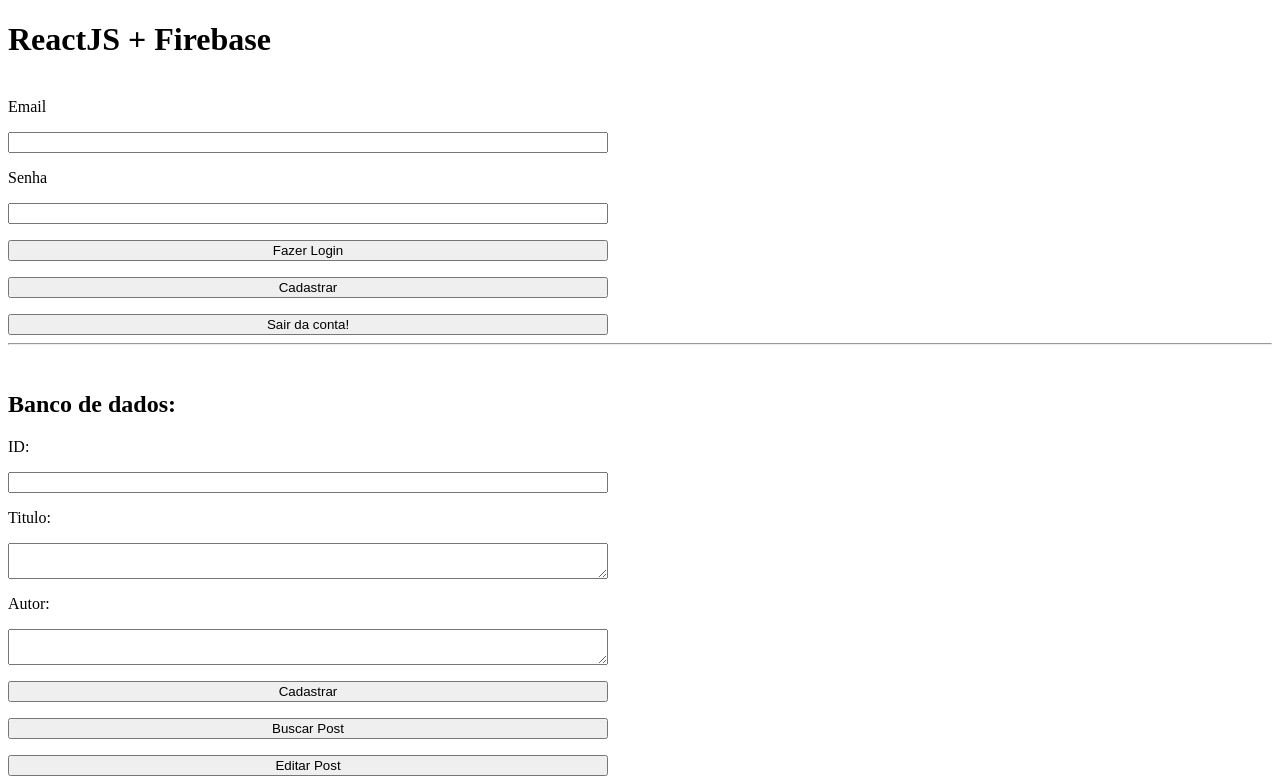
Repository: joaoaspimienta/Estudos-de-firebase
Page: /
The author's editor kept a copy of each file at every save. The page is drawn from the files as they stood at one save, then again after the next save.
The browser window is 1280 px wide. The pictures show the whole page.
The project was rebuilt for these pictures with package versions that can differ from the ones it lists, and the page was loaded fresh each time.

Above is the page before, as saved 2022-06-15 09:14:58.

### src/App.js
import { useEffect, useState } from "react";
import firebase from "./firebaseConnection";
import "./style.css";

function App() {
  const [idPost, setIdPost] = useState("");
  const [titulo, setTitulo] = useState("");
  const [autor, setAutor] = useState("");
  const [email, setEmail] = useState("");
  const [senha, setSenha] = useState("");
  const [posts, setPosts] = useState([]);
  const [user, setUser] = useState("");
  const [userLogged, setUserLogged] = useState("");

  useEffect(() => {
    async function loadPosts() {
      await firebase
        .firestore()
        .collection("posts")
        .onSnapshot((doc) => {
          let meusPosts = [];

          doc.forEach((item) => {
            meusPosts.push({
              id: item.id,
              titulo: item.data().titulo,
              autor: item.data().autor,
            });
          });
          setPosts(meusPosts);
        });
    }
    loadPosts();
  }, []);

  useEffect(() => {
    async function checkLogin() {
      await firebase.auth().onAuthStateChanged((user) => {
        if (user) {
          setUser(true);
          setUserLogged({
            uid: user.uid,
            email: user.email,
          });
        } else {
          setUser(false);
          setUserLogged({});
        }
      });
    }

    checkLogin();
  }, []);

  async function handleAdd() {
    await firebase
      .firestore()
      .collection("posts")
      .add({
        titulo: titulo,
        autor: autor,
      })
      .then(() => {
        alert("Dados cadastrados com sucesso!");
        setTitulo("");
        setAutor("");
      })
      .catch((error) => {
        alert("GEROU ALGUM ERRO: " + error);
      });
  }
  /*  async function handleAdd(){
    await firebase.firestore().collection('posts')
    .doc('12345')
    .set({
      titulo: titulo,
      autor: autor,
    })
    .then(()=>{
      alert('Dados cadastrados com sucesso!')
    })
    .catch((error)=>{
      alert('GEROU ALGUM ERRO: ' + error)
    })
  } */

  async function buscaPost() {
    await firebase
      .firestore()
      .collection("posts")
      .get()
      .then((snapshot) => {
        let lista = [];

        snapshot.forEach((doc) => {
          lista.push({
            id: doc.id,
            titulo: doc.data().titulo,
            autor: doc.data().autor,
          });
        });
        setPosts(lista);
      })
      .catch();

    /*     await firebase.firestore().collection('posts')
    .doc('tuTKEq4Gtc2iEI9BXEGe')
    .get()
    .then((snapshot)=>{
      setTitulo(snapshot.data().titulo)
      setAutor(snapshot.data().autor)
    })
    .catch(()=>{
      console.log('Deu algum erro')
    }) */
  }

  async function editarPost() {
    await firebase
      .firestore()
      .collection("posts")
      .doc(idPost)
      .update({
        titulo: titulo,
        autor: autor,
      })
      .then(() => {
        console.log("dados editados com sucesso");
        setIdPost("");
        setTitulo("");
        setAutor("");
      })
      .catch(() => {
        console.log("deu merda");
      });
  }

  async function excluirPost(id) {
    await firebase
      .firestore()
      .collection("posts")
      .doc(id)
      .delete()
      .then(() => {
        console.log("este post foi excluido");
      });
  }

  async function novoUsuario() {
    await firebase
      .auth()
      .createUserWithEmailAndPassword(email, senha)
      .then((value) => {
        console.log(value);
      })
      .catch((error) => {
        if (error.code === "auth/weak-password") {
          alert("senha muito fraca");
        } else if (error.code === "auth/email-already-in-use") {
          alert("Esse email ja existe!");
        }
      });
  }

  async function logout() {
    await firebase.auth().signOut();
  }

  async function fazerLogin() {
    await firebase
      .auth()
      .signInWithEmailAndPassword(email, senha)
      .then((value) => {
        console.log(value);
      })
      .catch((error) => {
        console.log("Erro ao fazer o login" + error);
      });
  }

  return (
    <div>
      <h1>ReactJS + Firebase</h1>
      {user && (
        <div>
          <strong>Seja bem vindo! (Você está logado!)</strong> <br />
          <span>
            {userLogged.uid} - {userLogged.email}
          </span>{" "}
          <br /> <br />
        </div>
      )}
      <br />
      <div className="container">
        <label>Email</label>
        <input
          type="text"
          value={email}
          onChange={(e) => setEmail(e.target.value)}
        />
        <label>Senha</label>
        <input
          type="password"
          value={senha}
          onChange={(e) => setSenha(e.target.value)}
        />
        <button onClick={fazerLogin}>Fazer Login</button>
        <button onClick={novoUsuario}>Cadastrar</button>
        <button onClick={logout}>Sair da conta!</button>
      </div>
      <hr /> <br />
      <h2>Banco de dados:</h2>
      <div className="container">
        <label>ID:</label>
        <input
          type="text"
          value={idPost}
          onChange={(e) => setIdPost(e.target.value)}
        />
        <label>Titulo: </label>
        <textarea
          type="text"
          value={titulo}
          onChange={(e) => setTitulo(e.target.value)}
        />
        <label>Autor: </label>
        <textarea
          type="text"
          value={autor}
          onChange={(e) => setAutor(e.target.value)}
        />
        <button onClick={handleAdd}>Cadastrar</button>
        <button onClick={buscaPost}>Buscar Post</button>
        <button onClick={editarPost}>Editar Post</button>
      </div>
    </div>
  );
}

export default App;

### src/firebaseConnection.js
import firebase from "firebase/app";
import "firebase/firestore";
import "firebase/auth";

let firebaseConfig = {
  apiKey: "AIzaSyBM8zXTuMB9OuHMgazGoDHqoWQcRxFFhw8",
  authDomain: "react-zero-ao-avancado.firebaseapp.com",
  projectId: "react-zero-ao-avancado",
  storageBucket: "react-zero-ao-avancado.appspot.com",
  messagingSenderId: "829524555310",
  appId: "1:829524555310:web:21abf5fa7f77d62df511bf",
  measurementId: "G-5HZY1965W8",
};

if (!firebase.apps.length) {
  firebase.initializeApp(firebaseConfig);
}

export default firebase;

### src/style.css
.container{
  width: 600px;
  display: flex;
  flex-direction: column;
  gap: 1rem;
}

Loaded but not shown: public/index.html (common file); src/index.js (common file)

After the next save:
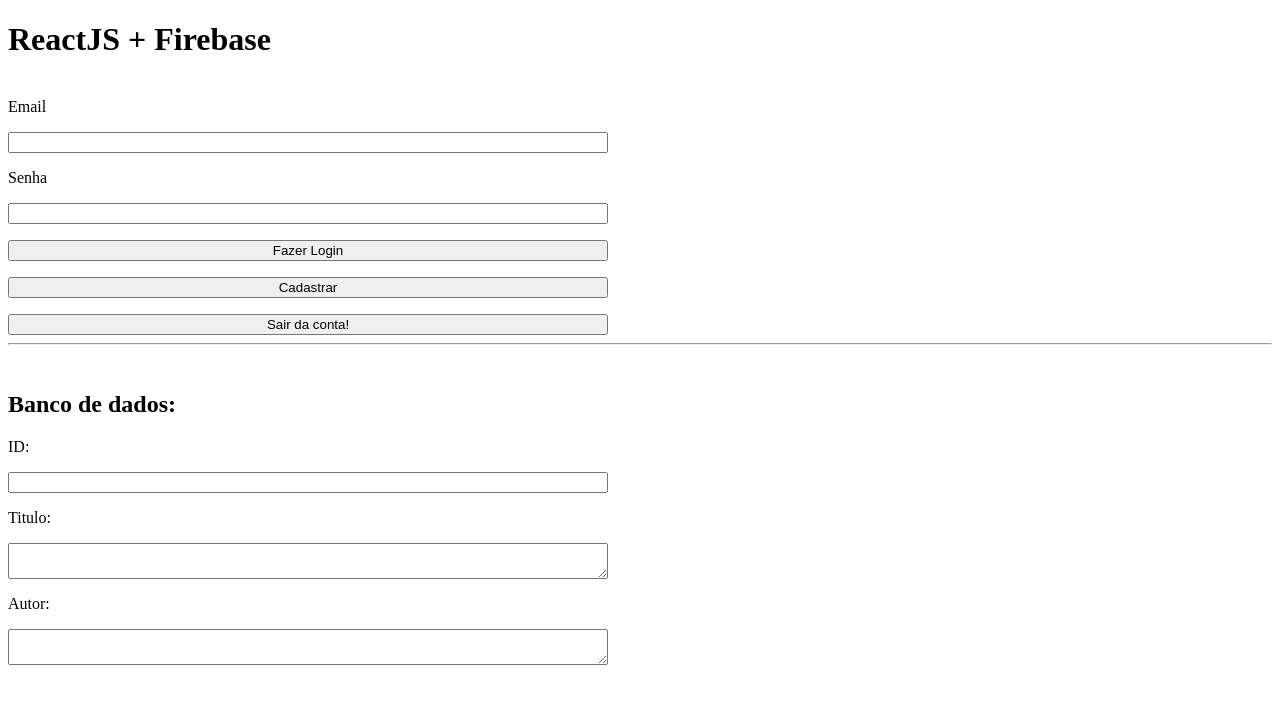
Saved 9 s later.
--- a/src/App.js
+++ b/src/App.js
@@ -228,10 +228,7 @@
           type="text"
           value={autor}
           onChange={(e) => setAutor(e.target.value)}
-        />
-        <button onClick={handleAdd}>Cadastrar</button>
-        <button onClick={buscaPost}>Buscar Post</button>
-        <button onClick={editarPost}>Editar Post</button>
+        />{" "}
       </div>
     </div>
   );
